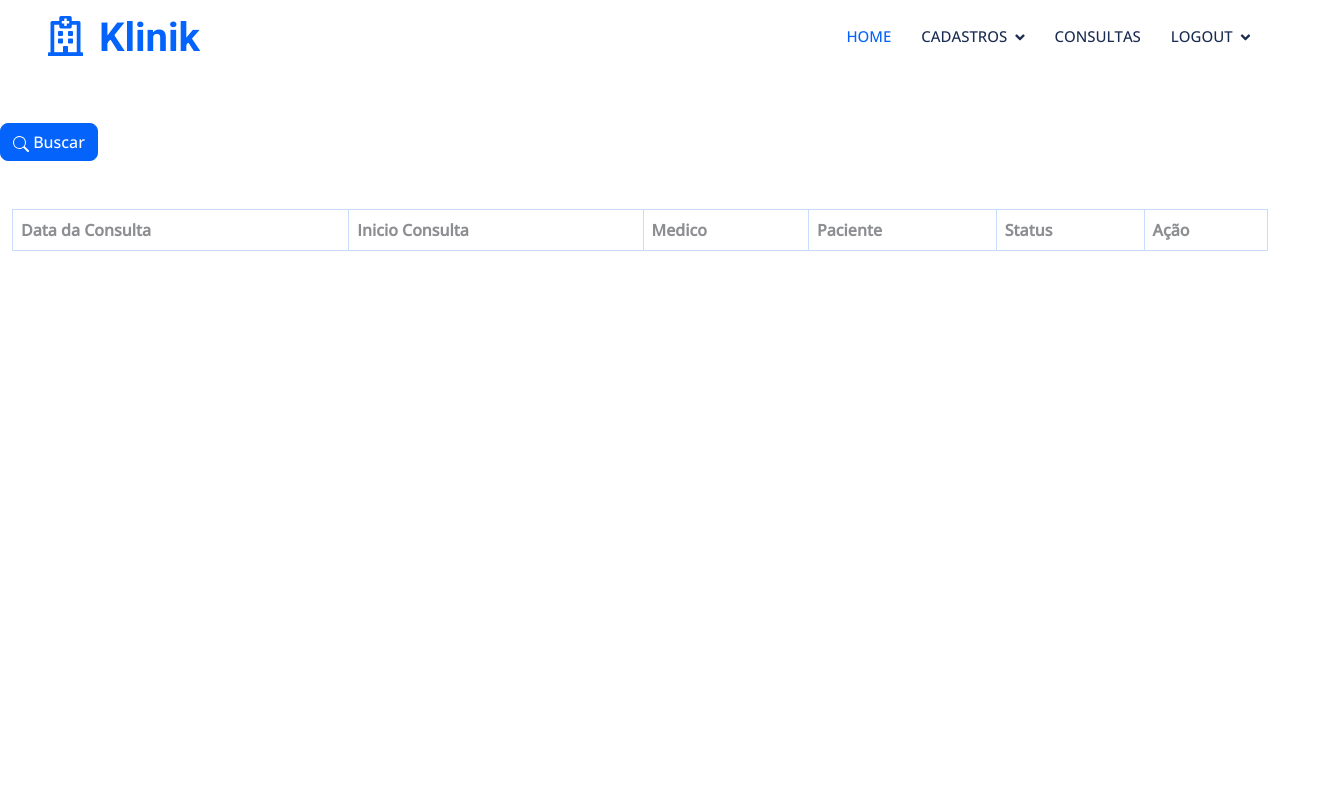
Repository: henrickrufino91/AgendaConsultas
Page: http://localhost/consulta/listarConsultas
An editor plug-in stored every save of this project. The page is shown before and after the next save, followed by the edit.
The browser window is 1280 px wide. The page is 1331 px wide, so the pictures cover 1331 px, including what lies to the right of the window. The pictures show the whole page.
Some web libraries are served in a nearby version. The page is this project's Thymeleaf template; nobody is signed in. The template is opened directly, without the code that normally fills it, so the values that code supplies are empty.

Above is the page before, as saved 2024-12-26 17:54:13.

### clinica/src/main/resources/templates/consulta/listarConsultas.html
<!DOCTYPE html>
<html lang="en">

<head>
    <meta charset="utf-8">
    <title>Lista de Consultas</title>
    <meta content="width=device-width, initial-scale=1.0" name="viewport">
    <meta content="" name="keywords">
    <meta content="" name="description">

    <!-- Favicon -->
    <link href="img/favicon.ico" rel="icon">

    <!-- Google Web Fonts -->
    <link rel="preconnect" href="https://fonts.googleapis.com">
    <link rel="preconnect" href="https://fonts.gstatic.com" crossorigin>
    <link href="https://fonts.googleapis.com/css2?family=Open+Sans:wght@400;500&family=Roboto:wght@500;700;900&display=swap" rel="stylesheet">

    <!-- Icon Font Stylesheet -->
    <link href="https://cdnjs.cloudflare.com/ajax/libs/font-awesome/5.10.0/css/all.min.css" rel="stylesheet">
    <link href="https://cdn.jsdelivr.net/npm/bootstrap-icons@1.4.1/font/bootstrap-icons.css" rel="stylesheet">

    <!-- Libraries Stylesheet -->
    <link href="lib/animate/animate.min.css" rel="stylesheet">
    <link href="lib/owlcarousel/assets/owl.carousel.min.css" rel="stylesheet">
    <link href="lib/tempusdominus/css/tempusdominus-bootstrap-4.min.css" rel="stylesheet" />

    <!-- Customized Bootstrap Stylesheet -->
    <link href="css/bootstrap.min.css" rel="stylesheet">

    <!-- Template Stylesheet -->
    <link href="css/style.css" rel="stylesheet">
</head>

<body>
    <!-- Spinner Start -->
    <div id="spinner" class="show bg-white position-fixed translate-middle w-100 vh-100 top-50 start-50 d-flex align-items-center justify-content-center">
        <div class="spinner-grow text-primary" style="width: 3rem; height: 3rem;" role="status">
            <span class="sr-only">Loading...</span>
        </div>
    </div>
    <!-- Spinner End -->


    <!-- Topbar Start -->
    <div class="container-fluid bg-light p-0 wow fadeIn" data-wow-delay="0.1s">

    </div>
    <!-- Topbar End -->


    <!-- Navbar Start -->
    <nav class="navbar navbar-expand-lg bg-white navbar-light sticky-top p-0 wow fadeIn" data-wow-delay="0.1s">
        <a href="index.html" class="navbar-brand d-flex align-items-center px-4 px-lg-5">
            <h1 class="m-0 text-primary"><i class="far fa-hospital me-3"></i>Klinik</h1>
        </a>
        <button type="button" class="navbar-toggler me-4" data-bs-toggle="collapse" data-bs-target="#navbarCollapse">
            <span class="navbar-toggler-icon"></span>
        </button>
        <div class="collapse navbar-collapse" id="navbarCollapse">
            <div class="navbar-nav ms-auto p-4 p-lg-0">
                <a th:href="@{/index}" class="nav-item nav-link active">Home</a>

                <div class="nav-item dropdown">
                    <a href="#" class="nav-link dropdown-toggle" data-bs-toggle="dropdown">Cadastros</a>
                    <div class="dropdown-menu rounded-0 rounded-bottom m-0">
                        <a th:href="@{/novoPaciente}" class="dropdown-item">Pacientes</a>
                        <a th:href="@{/novoMedico}" class="dropdown-item">Médicos(as)</a>
                       <a th:href="@{/novoUsuario}" class="dropdown-item">Usuários</a>

                    </div>
                </div>
                <a th:href="@{/novaConsulta}" class="nav-item nav-link">Consultas</a>

                <div class="nav-item dropdown">
                    <a href="#" class="nav-link dropdown-toggle" data-bs-toggle="dropdown">Logout</a>
                    <div class="dropdown-menu rounded-0 rounded-bottom m-0">
                        <a th:href="@{/logout}" class="dropdown-item">Sair</a>

                    </div>
                </div>

            </div>
        </div>
    </nav>
    <!-- Navbar End -->


    <!-- Header Start -->
    <div class="container-fluid header bg-primary p-0 mb-5">





    </div>
    <!-- Header End -->


	<a class="btn btn-primary"><svg xmlns="http://www.w3.org/2000/svg" width="16" height="16" fill="currentColor" class="bi bi-search" viewBox="0 0 16 16">
  											<path d="M11.742 10.344a6.5 6.5 0 1 0-1.397 1.398h-.001q.044.06.098.115l3.85 3.85a1 1 0 0 0 1.415-1.414l-3.85-3.85a1 1 0 0 0-.115-.1zM12 6.5a5.5 5.5 0 1 1-11 0 5.5 5.5 0 0 1 11 0"/>
											</svg> Buscar</a>

    <!-- About Start -->
    <div class="container-xxl py-5">


       <table class="table table-bordered table-hover">

        		<thead>

            	<th scope="col">Data da Consulta</th>
            	<th scope="col">Inicio Consulta</th>
            	<th scope="col">Medico</th>
            	<th scope="col">Paciente</th>
            	<th scope="col">Status</th>
            	<th scope="col">Ação</th>

        		</thead>
        		<tbody>
            	<tr scope="row" th:each="c : ${listarConsultas}">


                <td th:text="${c.dataConsulta}"></td>
                <td th:text="${c.inicioConsulta}"></td>
                <td th:text="${c.consulta.medico.nome}"></td>
                <td th:text="${c.consulta.paciente.nome}"></td>
                <td th:text="${c.consulta.status.descricao}"></td>

                <td>

                 <a class="btn btn-primary" th:href="@{'/editarConsulta?codigo=' + ${c.codConsulta}}"> Editar
				<svg xmlns="http://www.w3.org/2000/svg" width="16" height="16" fill="currentColor" class="bi bi-pencil-fill" viewBox="0 0 16 16">
  				<path d="M12.854.146a.5.5 0 0 0-.707 0L10.5 1.793 14.207 5.5l1.647-1.646a.5.5 0 0 0 0-.708zm.646 6.061L9.793 2.5 3.293 9H3.5a.5.5 0 0 1 .5.5v.5h.5a.5.5 0 0 1 .5.5v.5h.5a.5.5 0 0 1 .5.5v.5h.5a.5.5 0 0 1 .5.5v.207zm-7.468 7.468A.5.5 0 0 1 6 13.5V13h-.5a.5.5 0 0 1-.5-.5V12h-.5a.5.5 0 0 1-.5-.5V11h-.5a.5.5 0 0 1-.5-.5V10h-.5a.5.5 0 0 1-.175-.032l-.179.178a.5.5 0 0 0-.11.168l-2 5a.5.5 0 0 0 .65.65l5-2a.5.5 0 0 0 .168-.11z"/>
				</svg></a>

				<a class="btn btn-danger" th:href="@{'/removerConsulta?codigo=' + ${c.codConsulta}}"> Remover
				<svg xmlns="http://www.w3.org/2000/svg" width="16" height="16" fill="currentColor" class="bi bi-archive-fill" viewBox="0 0 16 16">
  				<path d="M12.643 15C13.979 15 15 13.845 15 12.5V5H1v7.5C1 13.845 2.021 15 3.357 15zM5.5 7h5a.5.5 0 0 1 0 1h-5a.5.5 0 0 1 0-1M.8 1a.8.8 0 0 0-.8.8V3a.8.8 0 0 0 .8.8h14.4A.8.8 0 0 0 16 3V1.8a.8.8 0 0 0-.8-.8z"/>
				</svg></a>

                </td>






            </tr>
        </tbody>
        </table>

    </div>
    <!-- About End -->


    <!-- Service Start -->
    <div class="container-xxl py-5">

    </div>
    <!-- Service End -->


    <!-- Feature Start -->
    <div class="container-fluid bg-primary overflow-hidden my-5 px-lg-0">

    </div>
    <!-- Feature End -->


    <!-- Team Start -->
    <div class="container-xxl py-5">

    </div>
    <!-- Team End -->


    <!-- Appointment Start -->
    <div class="container-xxl py-5">

    </div>
    <!-- Appointment End -->


    <!-- Testimonial Start -->
    <div class="container-xxl py-5">

    </div>
    <!-- Testimonial End -->


    <!-- Footer Start -->

    </div>
    <!-- Footer End -->


    <!-- Back to Top -->
    <a href="#" class="btn btn-lg btn-primary btn-lg-square rounded-circle back-to-top"><i class="bi bi-arrow-up"></i></a>


    <!-- JavaScript Libraries -->
    <script src="https://code.jquery.com/jquery-3.4.1.min.js"></script>
    <script src="https://cdn.jsdelivr.net/npm/bootstrap@5.0.0/dist/js/bootstrap.bundle.min.js"></script>
    <script src="lib/wow/wow.min.js"></script>
    <script src="lib/easing/easing.min.js"></script>
    <script src="lib/waypoints/waypoints.min.js"></script>
    <script src="lib/counterup/counterup.min.js"></script>
    <script src="lib/owlcarousel/owl.carousel.min.js"></script>
    <script src="lib/tempusdominus/js/moment.min.js"></script>
    <script src="lib/tempusdominus/js/moment-timezone.min.js"></script>
    <script src="lib/tempusdominus/js/tempusdominus-bootstrap-4.min.js"></script>

    <!-- Template Javascript -->
    <script src="js/main.js"></script>
</body>

</html>

### clinica/src/main/resources/static/css/style.css
/********** Template CSS **********/
:root {
    --primary: #0463FA;
    --light: #EFF5FF;
    --dark: #1B2C51;
}

.fw-medium {
    font-weight: 500 !important;
}

.fw-bold {
    font-weight: 700 !important;
}

.fw-black {
    font-weight: 900 !important;
}

.back-to-top {
    position: fixed;
    display: none;
    right: 45px;
    bottom: 45px;
    z-index: 99;
}


/*** Spinner ***/
#spinner {
    opacity: 0;
    visibility: hidden;
    transition: opacity .5s ease-out, visibility 0s linear .5s;
    z-index: 99999;
}

#spinner.show {
    transition: opacity .5s ease-out, visibility 0s linear 0s;
    visibility: visible;
    opacity: 1;
}


/*** Button ***/
.btn {
    font-weight: 500;
    transition: .5s;
}

.btn.btn-primary,
.btn.btn-secondary {
    color: #FFFFFF;
}

.btn-square {
    width: 38px;
    height: 38px;
}

.btn-sm-square {
    width: 32px;
    height: 32px;
}

.btn-lg-square {
    width: 48px;
    height: 48px;
}

.btn-square,
.btn-sm-square,
.btn-lg-square {
    padding: 0;
    display: flex;
    align-items: center;
    justify-content: center;
    font-weight: normal;
}


/*** Navbar ***/
.navbar .dropdown-toggle::after {
    border: none;
    content: "\f107";
    font-family: "Font Awesome 5 Free";
    font-weight: 900;
    vertical-align: middle;
    margin-left: 8px;
}

.navbar .navbar-nav .nav-link {
    margin-right: 30px;
    padding: 25px 0;
    color: #FFFFFF;
    font-size: 15px;
    font-weight: 500;
    text-transform: uppercase;
    outline: none;
}

.navbar .navbar-nav .nav-link:hover,
.navbar .navbar-nav .nav-link.active {
    color: var(--primary);
}

@media (max-width: 991.98px) {
    .navbar .navbar-nav .nav-link  {
        margin-right: 0;
        padding: 10px 0;
    }

    .navbar .navbar-nav {
        border-top: 1px solid #EEEEEE;
    }
}

.navbar .navbar-brand,
.navbar a.btn {
    height: 75px;
}

.navbar .navbar-nav .nav-link {
    color: var(--dark);
    font-weight: 500;
}

.navbar.sticky-top {
    top: -100px;
    transition: .5s;
}

@media (min-width: 992px) {
    .navbar .nav-item .dropdown-menu {
        display: block;
        border: none;
        margin-top: 0;
        top: 150%;
        opacity: 0;
        visibility: hidden;
        transition: .5s;
    }

    .navbar .nav-item:hover .dropdown-menu {
        top: 100%;
        visibility: visible;
        transition: .5s;
        opacity: 1;
    }
}


/*** Header ***/
.header-carousel .owl-carousel-text {
    position: absolute;
    width: 100%;
    height: 100%;
    padding: 3rem;
    top: 0;
    left: 0;
    display: flex;
    align-items: center;
    justify-content: center;
    text-shadow: 0 0 30px rgba(0, 0, 0, .1);
}

.header-carousel .owl-nav {
    position: absolute;
    width: 200px;
    height: 45px;
    bottom: 30px;
    left: 50%;
    transform: translateX(-50%);
    display: flex;
    justify-content: space-between;
}

.header-carousel .owl-nav .owl-prev,
.header-carousel .owl-nav .owl-next {
    width: 45px;
    height: 45px;
    display: flex;
    align-items: center;
    justify-content: center;
    color: #FFFFFF;
    background: transparent;
    border: 1px solid #FFFFFF;
    border-radius: 45px;
    font-size: 22px;
    transition: .5s;
}

.header-carousel .owl-nav .owl-prev:hover,
.header-carousel .owl-nav .owl-next:hover {
    background: var(--primary);
    border-color: var(--primary);
}

.header-carousel .owl-dots {
    position: absolute;
    height: 45px;
    bottom: 30px;
    left: 50%;
    transform: translateX(-50%);
    display: flex;
    align-items: center;
    justify-content: center;
}

.header-carousel .owl-dot {
    position: relative;
    display: inline-block;
    margin: 0 5px;
    width: 15px;
    height: 15px;
    background: transparent;
    border: 1px solid #FFFFFF;
    border-radius: 15px;
    transition: .5s;
}

.header-carousel .owl-dot::after {
    position: absolute;
    content: "";
    width: 5px;
    height: 5px;
    top: 4px;
    left: 4px;
    background: #FFFFFF;
    border-radius: 5px;
}

.header-carousel .owl-dot.active {
    background: var(--primary);
    border-color: var(--primary);
}

.page-header {
    background: url(../img/header-page.jpg) top center no-repeat;
    background-size: cover;
    text-shadow: 0 0 30px rgba(0, 0, 0, .1);
}

.breadcrumb-item + .breadcrumb-item::before {
    color: var(--light);
}


/*** Service ***/
.service-item {
    transition: .5s;
}

.service-item:hover {
    margin-top: -10px;
    box-shadow: 0 .5rem 1.5rem rgba(0, 0, 0, .08);
}

.service-item .btn {
    width: 40px;
    height: 40px;
    display: inline-flex;
    align-items: center;
    background: #FFFFFF;
    border-radius: 40px;
    white-space: nowrap;
    overflow: hidden;
    transition: .5s;
}

.service-item:hover .btn {
    width: 140px;
}


/*** Feature ***/
@media (min-width: 992px) {
    .container.feature {
        max-width: 100% !important;
    }

    .feature-text  {
        padding-left: calc(((100% - 960px) / 2) + .75rem);
    }
}

@media (min-width: 1200px) {
    .feature-text  {
        padding-left: calc(((100% - 1140px) / 2) + .75rem);
    }
}

@media (min-width: 1400px) {
    .feature-text  {
        padding-left: calc(((100% - 1320px) / 2) + .75rem);
    }
}


/*** Team ***/
.team-item img {
    position: relative;
    top: 0;
    transition: .5s;
}

.team-item:hover img {
    top: -30px;
}

.team-item .team-text {
    position: relative;
    height: 100px;
    transition: .5s;
}

.team-item:hover .team-text {
    margin-top: -60px;
    height: 160px;
}

.team-item .team-text .team-social {
    opacity: 0;
    transition: .5s;
}

.team-item:hover .team-text .team-social {
    opacity: 1;
}

.team-item .team-social .btn {
    display: inline-flex;
    color: var(--primary);
    background: #FFFFFF;
    border-radius: 40px;
}

.team-item .team-social .btn:hover {
    color: #FFFFFF;
    background: var(--primary);
}


/*** Appointment ***/
.bootstrap-datetimepicker-widget.bottom {
    top: auto !important;
}

.bootstrap-datetimepicker-widget .table * {
    border-bottom-width: 0px;
}

.bootstrap-datetimepicker-widget .table th {
    font-weight: 500;
}

.bootstrap-datetimepicker-widget.dropdown-menu {
    padding: 10px;
    border-radius: 2px;
}

.bootstrap-datetimepicker-widget table td.active,
.bootstrap-datetimepicker-widget table td.active:hover {
    background: var(--primary);
}

.bootstrap-datetimepicker-widget table td.today::before {
    border-bottom-color: var(--primary);
}


/*** Testimonial ***/
.testimonial-carousel::before {
    position: absolute;
    content: "";
    top: 0;
    left: 0;
    height: 100%;
    width: 0;
    background: linear-gradient(to right, rgba(255, 255, 255, 1) 0%, rgba(255, 255, 255, 0) 100%);
    z-index: 1;
}

.testimonial-carousel::after {
    position: absolute;
    content: "";
    top: 0;
    right: 0;
    height: 100%;
    width: 0;
    background: linear-gradient(to left, rgba(255, 255, 255, 1) 0%, rgba(255, 255, 255, 0) 100%);
    z-index: 1;
}

@media (min-width: 768px) {
    .testimonial-carousel::before,
    .testimonial-carousel::after {
        width: 200px;
    }
}

@media (min-width: 992px) {
    .testimonial-carousel::before,
    .testimonial-carousel::after {
        width: 300px;
    }
}

.testimonial-carousel .owl-item .testimonial-text {
    background: var(--light);
    transform: scale(.8);
    transition: .5s;
}

.testimonial-carousel .owl-item.center .testimonial-text {
    background: var(--primary);
    transform: scale(1);
}

.testimonial-carousel .owl-item .testimonial-text *,
.testimonial-carousel .owl-item .testimonial-item img {
    transition: .5s;
}

.testimonial-carousel .owl-item.center .testimonial-text * {
    color: var(--light) !important;
}

.testimonial-carousel .owl-item.center .testimonial-item img {
    background: var(--primary) !important;
}

.testimonial-carousel .owl-nav {
    position: absolute;
    width: 350px;
    top: 15px;
    left: 50%;
    transform: translateX(-50%);
    display: flex;
    justify-content: space-between;
    opacity: 0;
    transition: .5s;
    z-index: 1;
}

.testimonial-carousel:hover .owl-nav {
    width: 300px;
    opacity: 1;
}

.testimonial-carousel .owl-nav .owl-prev,
.testimonial-carousel .owl-nav .owl-next {
    position: relative;
    color: var(--primary);
    font-size: 45px;
    transition: .5s;
}

.testimonial-carousel .owl-nav .owl-prev:hover,
.testimonial-carousel .owl-nav .owl-next:hover {
    color: var(--dark);
}


/*** Footer ***/
.footer .btn.btn-social {
    margin-right: 5px;
    width: 35px;
    height: 35px;
    display: flex;
    align-items: center;
    justify-content: center;
    color: var(--light);
    border: 1px solid #FFFFFF;
    transition: .3s;
}

.footer .btn.btn-social:hover {
    color: var(--primary);
}

.footer .btn.btn-link {
    display: block;
    margin-bottom: 5px;
    padding: 0;
    text-align: left;
    color: #FFFFFF;
    font-size: 15px;
    font-weight: normal;
    text-transform: capitalize;
    transition: .3s;
}

.footer .btn.btn-link::before {
    position: relative;
    content: "\f105";
    font-family: "Font Awesome 5 Free";
    font-weight: 900;
    margin-right: 10px;
}

.footer .btn.btn-link:hover {
    color: var(--primary);
    letter-spacing: 1px;
    box-shadow: none;
}

.footer .copyright {
    padding: 25px 0;
    font-size: 15px;
    border-top: 1px solid rgba(256, 256, 256, .1);
}

.footer .copyright a {
    color: var(--light);
}

.footer .copyright a:hover {
    color: var(--primary);
}

### clinica/src/main/resources/static/js/main.js
(function ($) {
    "use strict";

    // Spinner
    var spinner = function () {
        setTimeout(function () {
            if ($('#spinner').length > 0) {
                $('#spinner').removeClass('show');
            }
        }, 1);
    };
    spinner();


    // Initiate the wowjs
    new WOW().init();


    // Sticky Navbar
    $(window).scroll(function () {
        if ($(this).scrollTop() > 300) {
            $('.sticky-top').addClass('shadow-sm').css('top', '0px');
        } else {
            $('.sticky-top').removeClass('shadow-sm').css('top', '-100px');
        }
    });


    // Back to top button
    $(window).scroll(function () {
        if ($(this).scrollTop() > 300) {
            $('.back-to-top').fadeIn('slow');
        } else {
            $('.back-to-top').fadeOut('slow');
        }
    });
    $('.back-to-top').click(function () {
        $('html, body').animate({scrollTop: 0}, 1500, 'easeInOutExpo');
        return false;
    });


    // Facts counter
    $('[data-toggle="counter-up"]').counterUp({
        delay: 10,
        time: 2000
    });


    // Date and time picker
    $('.date').datetimepicker({
        format: 'L'
    });
    $('.time').datetimepicker({
        format: 'LT'
    });


    // Header carousel
    $(".header-carousel").owlCarousel({
        autoplay: false,
        animateOut: 'fadeOutLeft',
        items: 1,
        dots: true,
        loop: true,
        nav : true,
        navText : [
            '<i class="bi bi-chevron-left"></i>',
            '<i class="bi bi-chevron-right"></i>'
        ]
    });


    // Testimonials carousel
    $(".testimonial-carousel").owlCarousel({
        autoplay: false,
        smartSpeed: 1000,
        center: true,
        dots: false,
        loop: true,
        nav : true,
        navText : [
            '<i class="bi bi-arrow-left"></i>',
            '<i class="bi bi-arrow-right"></i>'
        ],
        responsive: {
            0:{
                items:1
            },
            768:{
                items:2
            }
        }
    });


})(jQuery);

Loaded but not shown: clinica/src/main/resources/static/lib/animate/animate.min.css (library); clinica/src/main/resources/static/lib/owlcarousel/assets/owl.carousel.min.css (common file); clinica/src/main/resources/static/lib/tempusdominus/css/tempusdominus-bootstrap-4.min.css (library); clinica/src/main/resources/static/css/bootstrap.min.css (library); clinica/src/main/resources/static/lib/wow/wow.min.js (library); clinica/src/main/resources/static/lib/easing/easing.min.js (common file); clinica/src/main/resources/static/lib/waypoints/waypoints.min.js (library); clinica/src/main/resources/static/lib/counterup/counterup.min.js (common file); clinica/src/main/resources/static/lib/owlcarousel/owl.carousel.min.js (library); clinica/src/main/resources/static/lib/tempusdominus/js/moment.min.js (library); clinica/src/main/resources/static/lib/tempusdominus/js/moment-timezone.min.js (library); clinica/src/main/resources/static/lib/tempusdominus/js/tempusdominus-bootstrap-4.min.js (library)

After the next save:
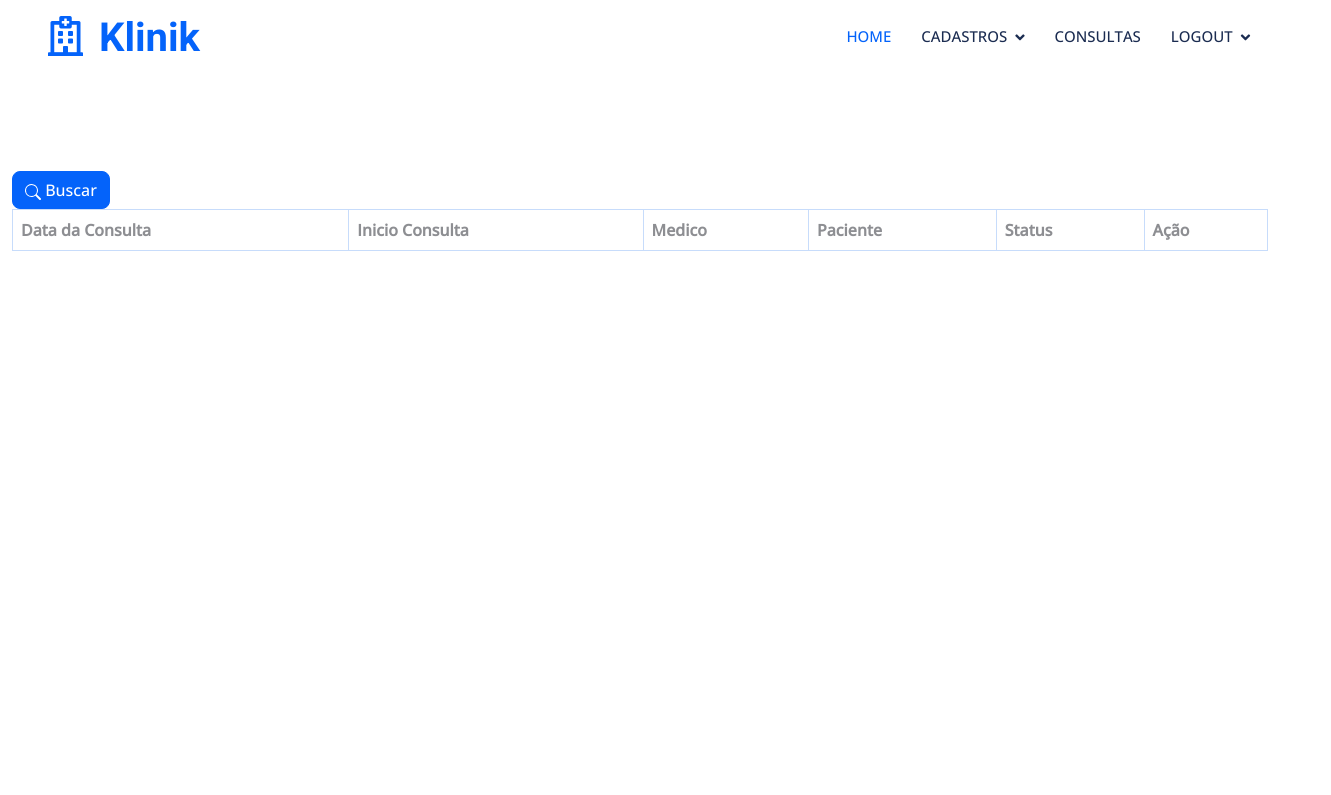
Saved 42 s later.
--- a/clinica/src/main/resources/templates/consulta/listarConsultas.html
+++ b/clinica/src/main/resources/templates/consulta/listarConsultas.html
@@ -97,12 +97,15 @@
     <!-- Header End -->
 
 
-	<a class="btn btn-primary"><svg xmlns="http://www.w3.org/2000/svg" width="16" height="16" fill="currentColor" class="bi bi-search" viewBox="0 0 16 16">
+
+
+    <!-- About Start -->
+    <div class="container-xxl py-5">
+
+
+       <a class="btn btn-primary"><svg xmlns="http://www.w3.org/2000/svg" width="16" height="16" fill="currentColor" class="bi bi-search" viewBox="0 0 16 16">
   											<path d="M11.742 10.344a6.5 6.5 0 1 0-1.397 1.398h-.001q.044.06.098.115l3.85 3.85a1 1 0 0 0 1.415-1.414l-3.85-3.85a1 1 0 0 0-.115-.1zM12 6.5a5.5 5.5 0 1 1-11 0 5.5 5.5 0 0 1 11 0"/>
 											</svg> Buscar</a>
-
-    <!-- About Start -->
-    <div class="container-xxl py-5">
 
 
        <table class="table table-bordered table-hover">
